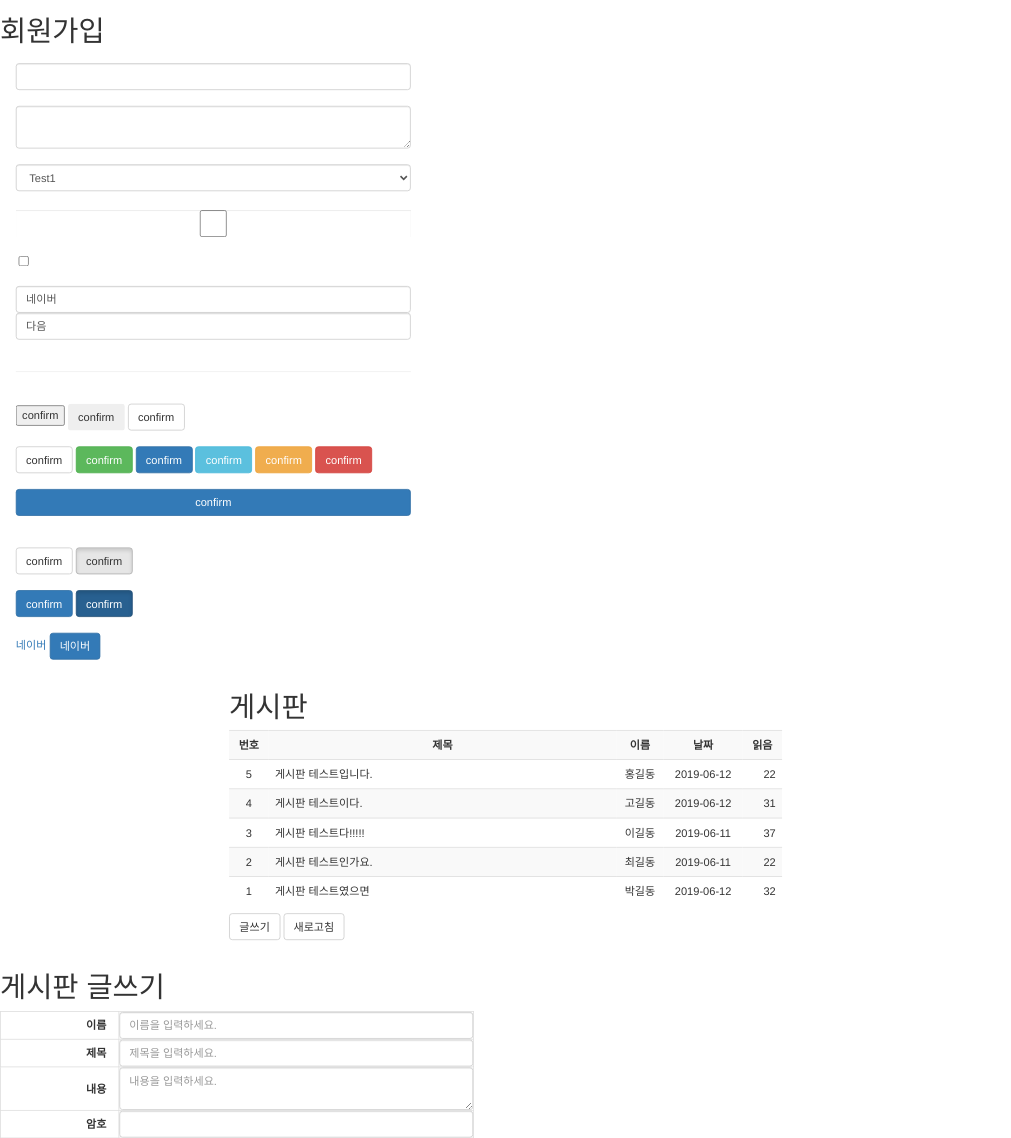
Repository: yhj4130/BootstrapStudy
Page: BootstrapWork/WebContent/BootEx03.html
These files come from the project's save history. The page is drawn as it stood at one moment and after the next save; the edit follows.
The browser window is 1280 px wide. The pictures show the whole page, at 79% of full size.

Above is the page before, as saved 2019-06-12 02:47:05.

### BootstrapWork/WebContent/BootEx03.html
<!DOCTYPE html>
<html>
<head>
<meta charset="UTF-8">
<title>BootEx03.html</title>

<link rel="stylesheet" href="css/bootstrap.css">
<script type="text/javascript" src="js/jquery-3.4.1.min.js"></script>
<script type="text/javascript" src="js/bootstrap.min.js"></script>

<style type="text/css">

	/* 테이블 기본 서식 */
	#table
	{
		width: 500px;
		border: 1px solid black;
		border-collapse: collapse;
	}

	#table td
	{
		border: 1px solid black;
	}

	#table1
	{
		width: 720px;
	}

	#table1 th{text-align: center;}
	#table1 th:nth-child(1){width: 50px;}
	#talbe1 th:nth-child(2){width: 460px;}
	#table1 th:nth-child(3){width: 60px;}
	#table1 th:nth-child(4){width: 100px;}
	#table1 th:nth-child(5){width: 50px;}

	#table1 td{text-align: center;}
	#table1 td:nth-child(2){text-align: left;}
	#table1 td:nth-child(5){text-align: right;}

	#btnSet
	{
		margin-top: -10px;

	}

	#main
	{
		width: 700px;
		margin: 0px auto;
	}

	#tblAdd{width: 600px;}
	#tblAdd th{width: 150px; text-align: right; padding-right: 15px;}
	#tblAdd td{width: 450px;}

</style>

</head>
<body>

<h1>회원가입</h1>

<form action="" style="width: 500px; margin: 20px;">

	<input type="text" class="form-control">
	<br>

	<textarea rows="" cols="" class="form-control"></textarea>
	<br>

	<select class="form-control">
		<option>Test1</option>
		<option>Test2</option>
		<option>Test3</option>
		<option>Test4</option>
	</select>
	<br>

	<input type="checkbox" class="form-control">
	<br>

	<input type="checkbox" style="width: 20px;">
	<br><br>

	<a href="#" class="form-control">네이버</a>
	<a href="#" class="form-control">다음</a>

	<br><hr><br>

	<input type="button" value="confirm">
	<input type="button" value="confirm" class="btn">
	<input type="button" value="confirm" class="btn btn-default">
	<br><br>

	<input type="button" value="confirm" class="btn btn-default">
	<input type="button" value="confirm" class="btn btn-success">
	<input type="button" value="confirm" class="btn btn-primary">
	<input type="button" value="confirm" class="btn btn-info">
	<input type="button" value="confirm" class="btn btn-warning">
	<input type="button" value="confirm" class="btn btn-danger">
	<br><br>

	<!-- 『btn-block』 : 버튼이 포함되어 있는 부모 요소만큼 꽉 채워서 랜더링한다. -->
	<input type="button" value="confirm" class="btn btn-primary btn-block">
	<br><br>

	<!--  -->
	<input type="button" value="confirm" class="btn btn-default">
	<input type="button" value="confirm" class="btn btn-default active">
	<br><br>

	<input type="button" value="confirm" class="btn btn-primary">
	<input type="button" value="confirm" class="btn btn-primary active">
	<br><br>

	<a href="#">네이버</a>
	<a href="#" class="btn btn-primary" role="button">네이버</a>
	<br><br>

</form>

<div id="main">

	<h1>게시판</h1>

	<table class="table table-striped" id="table1">
		<tr>
			<th>번호</th>
			<th>제목</th>
			<th>이름</th>
			<th>날짜</th>
			<th>읽음</th>
		</tr>
		<tr>
			<td>5</td>
			<td>게시판 테스트입니다.</td>
			<td>홍길동</td>
			<td>2019-06-12</td>
			<td>22</td>
		</tr>
		<tr>
			<td>4</td>
			<td>게시판 테스트이다.</td>
			<td>고길동</td>
			<td>2019-06-12</td>
			<td>31</td>
		</tr>
		<tr>
			<td>3</td>
			<td>게시판 테스트다!!!!!</td>
			<td>이길동</td>
			<td>2019-06-11</td>
			<td>37</td>
		</tr>
		<tr>
			<td>2</td>
			<td>게시판 테스트인가요.</td>
			<td>최길동</td>
			<td>2019-06-11</td>
			<td>22</td>
		</tr>
		<tr>
			<td>1</td>
			<td>게시판 테스트였으면</td>
			<td>박길동</td>
			<td>2019-06-12</td>
			<td>32</td>
		</tr>
	</table>

	<div id="btnSet">
		<input type="button" value="글쓰기" class="btn btn-default">
		<input type="button" value="새로고침" class="btn btn-default">
		<br><br>
	</div>

</div>

<h1>게시판 글쓰기</h1>

<form action="">

	<table class="tavle table-bordered" id="tblAdd">
		<tr>
			<th>이름</th>
			<td>
				<input type="text" class="form-control" placeholder="이름을 입력하세요.">
			</td>
		</tr>
		<tr>
			<th>제목</th>
			<td>
				<input type="text" class="form-control" placeholder="제목을 입력하세요.">
			</td>
		</tr>
		<tr>
			<th>내용</th>
			<td>
				<textarea rows="" cols="" class="form-control" placeholder="내용을 입력하세요."></textarea>
			</td>
		</tr>
		<tr>
			<th>암호</th>
			<td>
				<input type="password" class="form-control">
			</td>
		</tr>
	</table>

</form>

</body>
</html>

Loaded but not shown: BootstrapWork/WebContent/css/bootstrap.css (library); BootstrapWork/WebContent/js/jquery-3.4.1.min.js (library); BootstrapWork/WebContent/js/bootstrap.min.js (library)

After the next save:
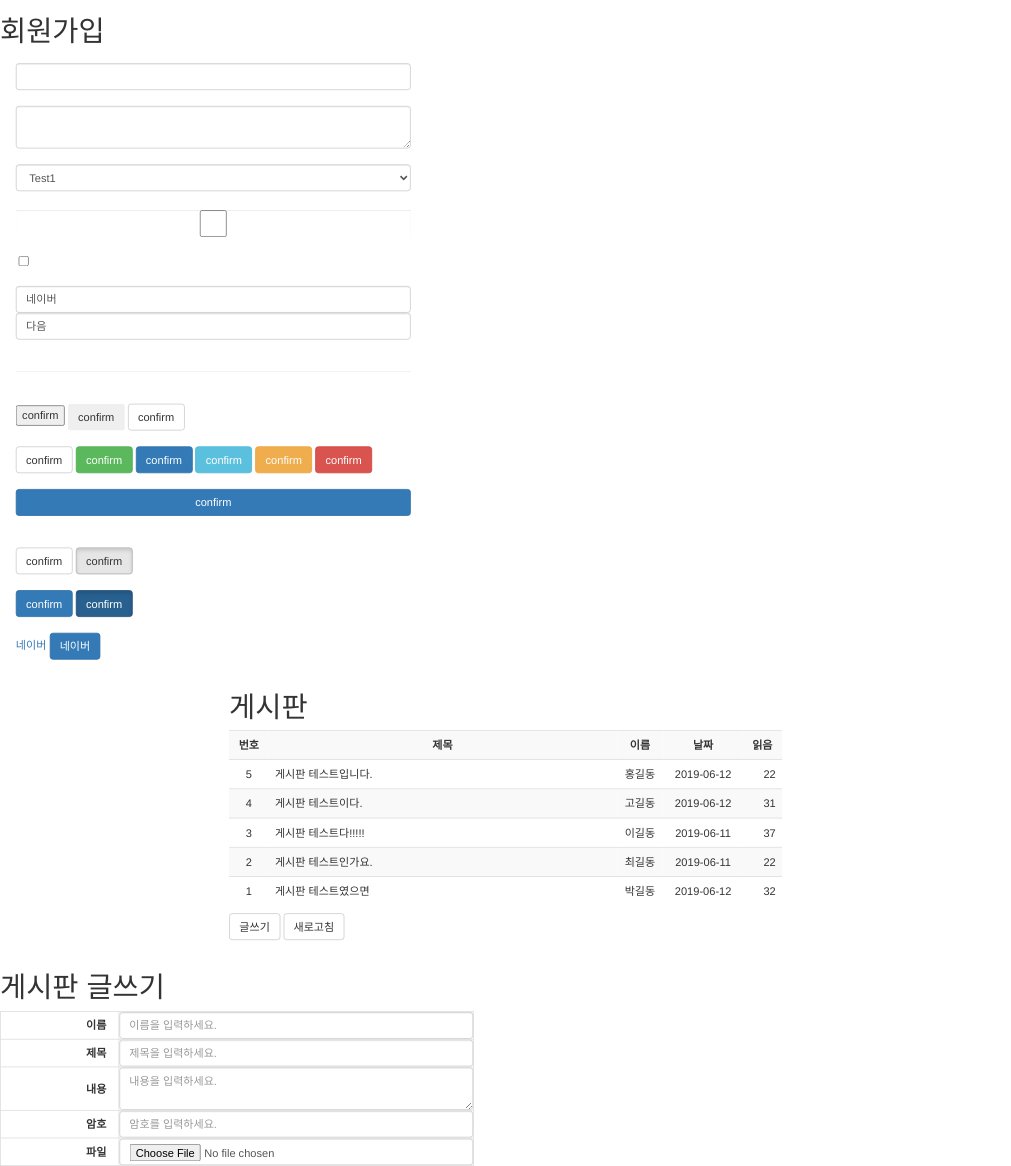
Saved 74 s later.
--- a/BootstrapWork/WebContent/BootEx03.html
+++ b/BootstrapWork/WebContent/BootEx03.html
@@ -204,7 +204,13 @@
 		<tr>
 			<th>암호</th>
 			<td>
-				<input type="password" class="form-control">
+				<input type="password" class="form-control" placeholder="암호를 입력하세요.">
+			</td>
+		</tr>
+		<tr>
+			<th>파일</th>
+			<td>
+				<input type="file" class="form-control" placeholder="파일을 선택하세요.">
 			</td>
 		</tr>
 	</table>
